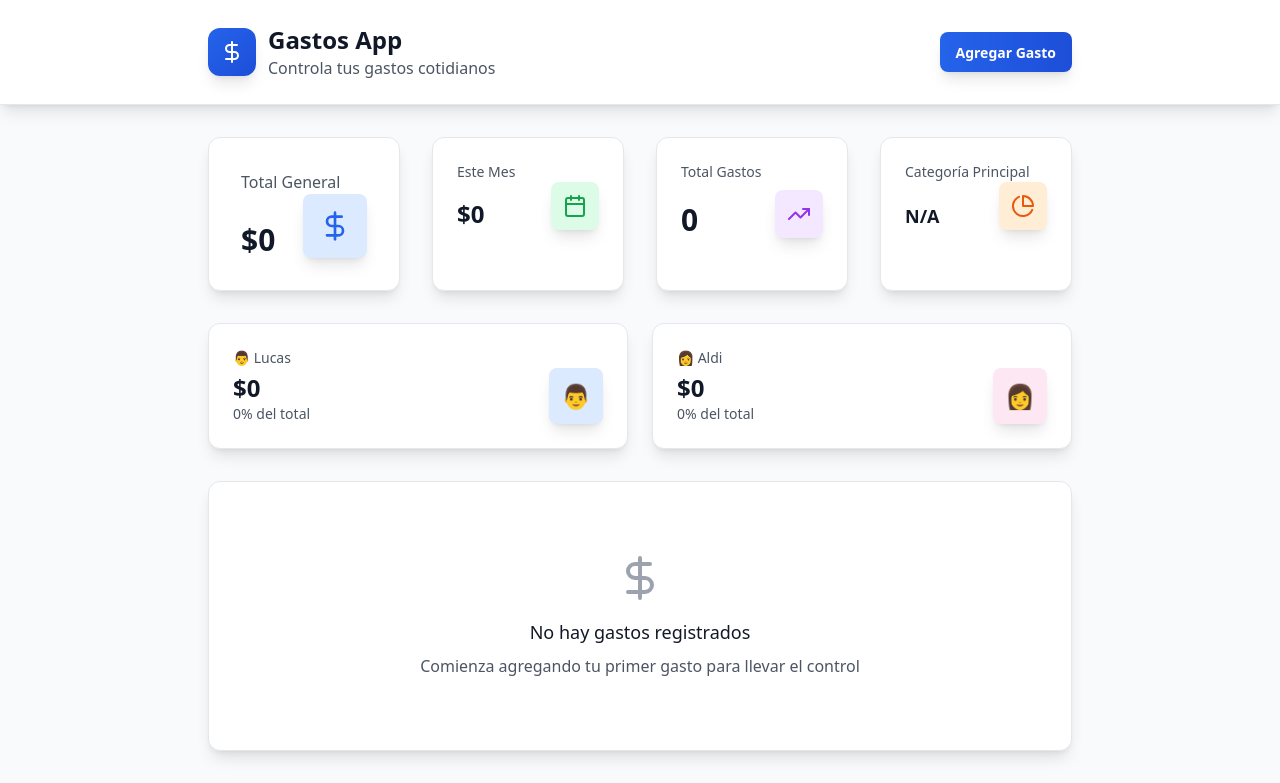
Repository: lucastenaglia/Gastosapp
Page: /
These files come from the project's save history. The page is drawn as it stood at one moment and after the next save; the edit follows.
The browser window is 1280 px wide. The pictures show the whole page.
The page's requests for data from a server got no answer. The project was rebuilt for these pictures with package versions that can differ from the ones it lists, and the page was loaded fresh each time. No one was signed in, and anything a server would have sent is missing. Also part of the build but not shown: vite.config.js, src/components/ExpenseForm.jsx.

Above is the page before, as saved 2025-08-03 21:43:52.

### index.html
<!DOCTYPE html>
<html lang="es">
  <head>
    <meta charset="UTF-8" />
    <link rel="icon" type="image/svg+xml" href="data:[embedded picture, 125 characters]" />
    <meta name="viewport" content="width=device-width, initial-scale=1.0" />
    <title>Gastos App - Control de Gastos Cotidianos</title>
  </head>
  <body>
    <div id="root"></div>
    <script type="module" src="/src/main.jsx"></script>
  </body>
</html>

### src/App.jsx
import { useState, useEffect } from 'react'
import Header from './components/Header'
import ExpenseForm from './components/ExpenseForm'
import ExpenseList from './components/ExpenseList'
import ExpenseSummary from './components/ExpenseSummary'
import { getExpenses, addExpense, updateExpense, deleteExpense } from './services/expenseService'

function App() {
  const [expenses, setExpenses] = useState([])
  const [isFormOpen, setIsFormOpen] = useState(false)
  const [loading, setLoading] = useState(true)
  const [error, setError] = useState(null)

  // Cargar gastos al iniciar la aplicación
  useEffect(() => {
    loadExpenses()
  }, [])

  // Cerrar modal con Escape
  useEffect(() => {
    const handleEscape = (e) => {
      if (e.key === 'Escape' && isFormOpen) {
        setIsFormOpen(false)
      }
    }

    document.addEventListener('keydown', handleEscape)
    return () => document.removeEventListener('keydown', handleEscape)
  }, [isFormOpen])

  const loadExpenses = async () => {
    try {
      setLoading(true)
      const data = await getExpenses()
      setExpenses(data)
      setError(null)
    } catch (err) {
      setError('Error al cargar los gastos')
      console.error(err)
    } finally {
      setLoading(false)
    }
  }

  const handleAddExpense = async (expense) => {
    try {
      const newExpense = await addExpense(expense)
      setExpenses([newExpense, ...expenses])
      setIsFormOpen(false)
    } catch (err) {
      setError('Error al agregar el gasto')
      console.error(err)
    }
  }

  const handleDeleteExpense = async (id) => {
    try {
      await deleteExpense(id)
      setExpenses(expenses.filter(expense => expense.id !== id))
    } catch (err) {
      setError('Error al eliminar el gasto')
      console.error(err)
    }
  }

  const handleEditExpense = async (id, updatedExpense) => {
    try {
      const updated = await updateExpense(id, updatedExpense)
      setExpenses(expenses.map(expense =>
        expense.id === id ? updated : expense
      ))
    } catch (err) {
      setError('Error al actualizar el gasto')
      console.error(err)
    }
  }

  return (
    <div className="min-h-screen bg-gray-50">
      <Header onAddExpense={() => setIsFormOpen(true)} />

      <main className="container mx-auto px-4 py-8 max-w-4xl">
        {error && (
          <div className="bg-red-100 border border-red-400 text-red-700 px-4 py-3 rounded mb-6">
            {error}
          </div>
        )}

        <ExpenseSummary expenses={expenses} />

        <div className="mt-8">
          <ExpenseList
            expenses={expenses}
            onDelete={handleDeleteExpense}
            onEdit={handleEditExpense}
            loading={loading}
          />
        </div>
      </main>

      {/* Modal Overlay */}
      {isFormOpen && (
        <div
          className="fixed inset-0 bg-black bg-opacity-50 flex items-center justify-center z-50 p-4 animate-in fade-in duration-200"
          onClick={() => setIsFormOpen(false)}
        >
          <div
            className="bg-white rounded-xl shadow-2xl max-w-md w-full mx-4 max-h-[90vh] overflow-y-auto animate-in zoom-in-95 duration-200"
            onClick={(e) => e.stopPropagation()}
          >
            <ExpenseForm
              onSubmit={handleAddExpense}
              onCancel={() => setIsFormOpen(false)}
            />
          </div>
        </div>
      )}
    </div>
  )
}

export default App

### src/index.css
@tailwind base;
@tailwind components;
@tailwind utilities;

@layer base {
  body {
    @apply bg-gray-50 text-gray-900;
  }
}

@layer components {
                .btn-primary {
                @apply bg-primary-600 hover:bg-primary-700 text-white font-medium py-2 px-4 rounded-lg transition-all duration-300 shadow-md hover:shadow-lg hover:-translate-y-0.5 transform;
              }

              .btn-secondary {
                @apply bg-gray-200 hover:bg-gray-300 text-gray-800 font-medium py-2 px-4 rounded-lg transition-all duration-300 shadow-md hover:shadow-lg hover:-translate-y-0.5 transform;
              }

                .input-field {
                @apply w-full px-3 py-2 border border-gray-300 rounded-lg focus:outline-none focus:ring-2 focus:ring-primary-500 focus:border-transparent shadow-sm focus:shadow-md transition-all duration-300;
              }

                            .card {
                @apply bg-white rounded-xl shadow-lg border border-gray-200 p-6 transform transition-all duration-300 hover:shadow-2xl hover:-translate-y-1;
              }

              .modal-enter {
                @apply opacity-0 scale-95;
              }

              .modal-enter-active {
                @apply opacity-100 scale-100 transition-all duration-200 ease-out;
              }

              .modal-exit {
                @apply opacity-100 scale-100;
              }

              .modal-exit-active {
                @apply opacity-0 scale-95 transition-all duration-200 ease-in;
              }
}

### src/components/Header.jsx
import { Plus, DollarSign } from 'lucide-react'

const Header = ({ onAddExpense }) => {
  return (
    <header className="bg-white shadow-lg border-b border-gray-200">
      <div className="container mx-auto px-4 py-6 max-w-4xl">
        <div className="flex items-center justify-between">
          <div className="flex items-center space-x-3">
            <div className="bg-gradient-to-br from-primary-600 to-primary-700 p-3 rounded-xl shadow-lg">
              <DollarSign className="h-6 w-6 text-white" />
            </div>
            <div>
              <h1 className="text-2xl font-bold text-gray-900">Gastos App</h1>
              <p className="text-gray-600">Controla tus gastos cotidianos</p>
            </div>
          </div>

          <button
            onClick={onAddExpense}
            className="bg-gradient-to-r from-primary-600 to-primary-700 active:from-primary-800 active:to-primary-900 text-white font-semibold py-2 px-4 rounded-lg shadow-lg hover:shadow-xl active:shadow-md active:translate-y-0.5 transition-all duration-200 border-0 focus:outline-none focus:ring-2 focus:ring-primary-300"
          >
            <span className="text-sm">Agregar Gasto</span>
          </button>
        </div>
      </div>
    </header>
  )
}

export default Header

### src/components/ExpenseList.jsx
import { useState } from 'react'
import { Trash2, Edit, Calendar, DollarSign } from 'lucide-react'

const ExpenseList = ({ expenses, onDelete, onEdit, loading }) => {
  const [editingId, setEditingId] = useState(null)
  const [editForm, setEditForm] = useState({})

  const categoryIcons = {
    comida: '🍽️',
    super: '🛒',
    auto: '🚗',
    entretenimiento: '🎮',
    salud: '💊',
    ropa: '👕',
    hogar: '🏠',
    otros: '📦'
  }

  const categoryColors = {
    comida: 'bg-orange-100 text-orange-800',
    super: 'bg-red-100 text-red-800',
    auto: 'bg-blue-100 text-blue-800',
    entretenimiento: 'bg-purple-100 text-purple-800',
    salud: 'bg-green-100 text-green-800',
    ropa: 'bg-pink-100 text-pink-800',
    hogar: 'bg-yellow-100 text-yellow-800',
    otros: 'bg-gray-100 text-gray-800'
  }

  const handleEdit = (expense) => {
    setEditingId(expense.id)
    setEditForm({
      description: expense.description,
      amount: expense.amount.toString(),
      category: expense.category,
      person: expense.person || 'lucas',
      date: expense.date
    })
  }

  const handleSaveEdit = (id) => {
    onEdit(id, {
      ...editForm,
      amount: parseFloat(editForm.amount)
    })
    setEditingId(null)
    setEditForm({})
  }

  const handleCancelEdit = () => {
    setEditingId(null)
    setEditForm({})
  }

  const formatDate = (dateString) => {
    const date = new Date(dateString)
    return date.toLocaleDateString('es-ES', {
      year: 'numeric',
      month: 'short',
      day: 'numeric'
    })
  }

  if (loading) {
    return (
      <div className="card">
        <div className="text-center py-12">
          <div className="animate-spin rounded-full h-12 w-12 border-b-2 border-primary-600 mx-auto mb-4"></div>
          <h3 className="text-lg font-medium text-gray-900 mb-2">
            Cargando gastos...
          </h3>
          <p className="text-gray-600">
            Conectando con la base de datos
          </p>
        </div>
      </div>
    )
  }

  if (expenses.length === 0) {
    return (
      <div className="card">
        <div className="text-center py-12">
          <DollarSign className="h-12 w-12 text-gray-400 mx-auto mb-4" />
          <h3 className="text-lg font-medium text-gray-900 mb-2">
            No hay gastos registrados
          </h3>
          <p className="text-gray-600">
            Comienza agregando tu primer gasto para llevar el control
          </p>
        </div>
      </div>
    )
  }

  return (
    <div className="card">
      <h2 className="text-xl font-semibold text-gray-900 mb-6">
        Historial de Gastos
      </h2>

      <div className="space-y-3">
        {expenses.map(expense => (
          <div key={expense.id} className="border border-gray-200 rounded-lg p-3 sm:p-4 bg-white shadow-md hover:shadow-xl hover:-translate-y-1 transform transition-all duration-300">
            {editingId === expense.id ? (
              <div className="space-y-3">
                <input
                  type="text"
                  value={editForm.description}
                  onChange={(e) => setEditForm({...editForm, description: e.target.value})}
                  className="input-field"
                />
                <div className="grid grid-cols-1 sm:grid-cols-2 gap-3">
                  <input
                    type="number"
                    value={editForm.amount}
                    onChange={(e) => setEditForm({...editForm, amount: e.target.value})}
                    className="input-field"
                    step="1"
                    min="0"
                  />
                  <select
                    value={editForm.category}
                    onChange={(e) => setEditForm({...editForm, category: e.target.value})}
                    className="input-field"
                  >
                    <option value="comida">🍽️ Comida</option>
                    <option value="super">🛒 Super</option>
                    <option value="auto">🚗 Auto</option>
                    <option value="entretenimiento">🎮 Entretenimiento</option>
                    <option value="salud">💊 Salud</option>
                    <option value="ropa">👕 Ropa</option>
                    <option value="hogar">🏠 Hogar</option>
                    <option value="otros">📦 Otros</option>
                  </select>
                </div>
                <div className="grid grid-cols-1 sm:grid-cols-2 gap-3">
                  <select
                    value={editForm.person}
                    onChange={(e) => setEditForm({...editForm, person: e.target.value})}
                    className="input-field"
                  >
                    <option value="lucas">👨 Lucas</option>
                    <option value="aldi">👩 Aldi</option>
                  </select>
                  <input
                    type="date"
                    value={editForm.date}
                    onChange={(e) => setEditForm({...editForm, date: e.target.value})}
                    className="input-field"
                  />
                </div>
                <div className="flex space-x-2">
                  <button
                    onClick={() => handleSaveEdit(expense.id)}
                    className="btn-primary text-sm flex-1"
                  >
                    Guardar
                  </button>
                  <button
                    onClick={handleCancelEdit}
                    className="btn-secondary text-sm flex-1"
                  >
                    Cancelar
                  </button>
                </div>
              </div>
            ) : (
              <div className="space-y-3">
                {/* Header con icono, descripción y monto */}
                <div className="flex items-start justify-between">
                  <div className="flex items-center space-x-3 flex-1 min-w-0">
                    <div className={`p-2 rounded-lg flex-shrink-0 ${categoryColors[expense.category]}`}>
                      <span className="text-lg">{categoryIcons[expense.category]}</span>
                    </div>

                    <div className="flex-1 min-w-0">
                      <h3 className="font-medium text-gray-900 truncate">
                        {expense.description}
                      </h3>
                      <div className="flex items-center space-x-2 text-sm text-gray-600 mt-1">
                        <span className="flex items-center space-x-1">
                          <Calendar className="h-3 w-3" />
                          <span className="hidden sm:inline">{formatDate(expense.date)}</span>
                          <span className="sm:hidden">{new Date(expense.date).toLocaleDateString('es-ES', { day: '2-digit', month: '2-digit' })}</span>
                        </span>
                        <span className="hidden sm:inline">•</span>
                        <span className="capitalize text-xs sm:text-sm">{expense.category}</span>
                      </div>
                    </div>
                  </div>

                  <div className="flex items-center space-x-2 flex-shrink-0">
                    <span className="text-lg font-semibold text-gray-900">
                      ${expense.amount}
                    </span>

                    <div className="flex space-x-1">
                      <button
                        onClick={() => handleEdit(expense)}
                        className="p-1 text-gray-400 hover:text-blue-600 transition-colors"
                        title="Editar"
                      >
                        <Edit className="h-4 w-4" />
                      </button>
                      <button
                        onClick={() => onDelete(expense.id)}
                        className="p-1 text-gray-400 hover:text-red-600 transition-colors"
                        title="Eliminar"
                      >
                        <Trash2 className="h-4 w-4" />
                      </button>
                    </div>
                  </div>
                </div>

                {/* Información adicional en móvil */}
                <div className="sm:hidden flex items-center justify-between text-sm text-gray-600 border-t pt-2">
                  <span className="flex items-center space-x-1">
                    <span>{expense.person === 'lucas' ? '👨' : '👩'}</span>
                    <span className="capitalize">{expense.person || 'lucas'}</span>
                  </span>
                  <span className="text-xs">
                    {new Date(expense.date).toLocaleDateString('es-ES', { year: 'numeric' })}
                  </span>
                </div>
              </div>
            )}
          </div>
        ))}
      </div>
    </div>
  )
}

export default ExpenseList

### src/components/ExpenseSummary.jsx
import { TrendingUp, Calendar, DollarSign, PieChart } from 'lucide-react'

const ExpenseSummary = ({ expenses }) => {
  const totalExpenses = expenses.reduce((sum, expense) => sum + expense.amount, 0)

  const today = new Date()
  const thisMonth = today.getMonth()
  const thisYear = today.getFullYear()

  const monthlyExpenses = expenses.filter(expense => {
    const expenseDate = new Date(expense.date)
    return expenseDate.getMonth() === thisMonth && expenseDate.getFullYear() === thisYear
  })

  const monthlyTotal = monthlyExpenses.reduce((sum, expense) => sum + expense.amount, 0)

  const categoryTotals = expenses.reduce((acc, expense) => {
    acc[expense.category] = (acc[expense.category] || 0) + expense.amount
    return acc
  }, {})

  const topCategory = Object.entries(categoryTotals).sort(([,a], [,b]) => b - a)[0]

  // Estadísticas por persona
  const personTotals = expenses.reduce((acc, expense) => {
    const person = expense.person || 'lucas'
    acc[person] = (acc[person] || 0) + expense.amount
    return acc
  }, {})

  const lucasTotal = personTotals.lucas || 0
  const aldiTotal = personTotals.aldi || 0

  const formatCurrency = (amount) => {
    return `$${Math.round(amount).toLocaleString('en-US')}`
  }

  return (
    <div className="space-y-4 sm:space-y-8">
      {/* Primera fila - Estadísticas generales */}
      <div className="grid grid-cols-2 lg:grid-cols-4 gap-3 sm:gap-6 lg:gap-8">
                 {/* Total General */}
         <div className="card relative p-4 sm:p-6 lg:p-8">
           <div>
             <p className="text-xs sm:text-sm lg:text-base font-medium text-gray-600">Total General</p>
             <div className="flex items-end justify-between">
               <p className="text-lg sm:text-2xl lg:text-3xl font-bold text-gray-900">
                 {formatCurrency(totalExpenses)}
               </p>
               <div className="bg-blue-100 p-2 sm:p-3 lg:p-4 rounded-lg shadow-lg">
                 <DollarSign className="h-4 w-4 sm:h-6 sm:w-6 lg:h-8 lg:w-8 text-blue-600" />
               </div>
             </div>
           </div>
         </div>

                 {/* Gastos del Mes */}
         <div className="card relative p-4 sm:p-6">
           <div>
             <p className="text-xs sm:text-sm font-medium text-gray-600">Este Mes</p>
             <div className="flex items-end justify-between">
               <p className="text-lg sm:text-2xl font-bold text-gray-900">
                 {formatCurrency(monthlyTotal)}
               </p>
               <div className="bg-green-100 p-2 sm:p-3 rounded-lg shadow-lg">
                 <Calendar className="h-4 w-4 sm:h-6 sm:w-6 text-green-600" />
               </div>
             </div>
           </div>
         </div>

                 {/* Total de Gastos */}
         <div className="card relative p-4 sm:p-6">
           <div>
             <p className="text-xs sm:text-sm font-medium text-gray-600">Total Gastos</p>
             <div className="flex items-end justify-between mt-2">
               <p className="text-2xl sm:text-3xl font-bold text-gray-900">
                 {expenses.length}
               </p>
               <div className="bg-purple-100 p-2 sm:p-3 rounded-lg shadow-lg self-end">
                 <TrendingUp className="h-4 w-4 sm:h-6 sm:w-6 text-purple-600" />
               </div>
             </div>
           </div>
         </div>

                 {/* Categoría Principal */}
         <div className="card relative p-4 sm:p-6">
           <div>
             <p className="text-xs sm:text-sm font-medium text-gray-600">Categoría Principal</p>
             <div className="flex items-end justify-between">
               <div>
                 <p className="text-base sm:text-lg font-semibold text-gray-900 capitalize">
                   {topCategory ? topCategory[0] : 'N/A'}
                 </p>
                 {topCategory && (
                   <p className="text-xs sm:text-sm text-gray-600">
                     {formatCurrency(topCategory[1])}
                   </p>
                 )}
               </div>
               <div className="bg-orange-100 p-2 sm:p-3 rounded-lg shadow-lg">
                 <PieChart className="h-4 w-4 sm:h-6 sm:w-6 text-orange-600" />
               </div>
             </div>
           </div>
         </div>
      </div>

      {/* Segunda fila - Estadísticas por persona */}
      <div className="grid grid-cols-1 sm:grid-cols-2 gap-3 sm:gap-6">
                 {/* Gastos de Lucas */}
         <div className="card relative p-4 sm:p-6">
           <div>
             <p className="text-xs sm:text-sm font-medium text-gray-600">👨 Lucas</p>
             <div className="flex items-end justify-between">
               <div>
                 <p className="text-lg sm:text-2xl font-bold text-gray-900">
                   {formatCurrency(lucasTotal)}
                 </p>
                 <p className="text-xs sm:text-sm text-gray-600">
                   {totalExpenses > 0 ? `${((lucasTotal / totalExpenses) * 100).toFixed(1)}%` : '0%'} del total
                 </p>
               </div>
               <div className="bg-blue-100 p-2 sm:p-3 rounded-lg shadow-lg">
                 <span className="text-lg sm:text-2xl">👨</span>
               </div>
             </div>
           </div>
         </div>

                 {/* Gastos de Aldi */}
         <div className="card relative p-4 sm:p-6">
           <div>
             <p className="text-xs sm:text-sm font-medium text-gray-600">👩 Aldi</p>
             <div className="flex items-end justify-between">
               <div>
                 <p className="text-lg sm:text-2xl font-bold text-gray-900">
                   {formatCurrency(aldiTotal)}
                 </p>
                 <p className="text-xs sm:text-sm text-gray-600">
                   {totalExpenses > 0 ? `${((aldiTotal / totalExpenses) * 100).toFixed(1)}%` : '0%'} del total
                 </p>
               </div>
               <div className="bg-pink-100 p-2 sm:p-3 rounded-lg shadow-lg">
                 <span className="text-lg sm:text-2xl">👩</span>
               </div>
             </div>
           </div>
         </div>
      </div>
    </div>
  )
}

export default ExpenseSummary

### src/lib/supabase.js
import { createClient } from '@supabase/supabase-js'

// Configuración de Supabase
const supabaseUrl = 'https://tiarifmkqcayodakifqu.supabase.co'
const supabaseAnonKey = 'eyJhbGciOiJIUzI1NiIsInR5cCI6IkpXVCJ9.eyJpc3MiOiJzdXBhYmFzZSIsInJlZiI6InRpYXJpZm1rcWNheW9kYWtpZnF1Iiwicm9sZSI6ImFub24iLCJpYXQiOjE3NTQyMzYxMzcsImV4cCI6MjA2OTgxMjEzN30.qJr6Xvo0UF5_XPq4UWidASjwgjcWPFJ8CqR6mAHSsTU'

export const supabase = createClient(supabaseUrl, supabaseAnonKey)

### tailwind.config.js
/** @type {import('tailwindcss').Config} */
export default {
  content: [
    "./index.html",
    "./src/**/*.{js,ts,jsx,tsx}",
  ],
  theme: {
    extend: {
      colors: {
        primary: {
          50: '#eff6ff',
          500: '#3b82f6',
          600: '#2563eb',
          700: '#1d4ed8',
        }
      }
    },
  },
  plugins: [],
}

Loaded but not shown: src/main.jsx (common file); src/services/expenseService.js (78 lines, source omitted)

After the next save:
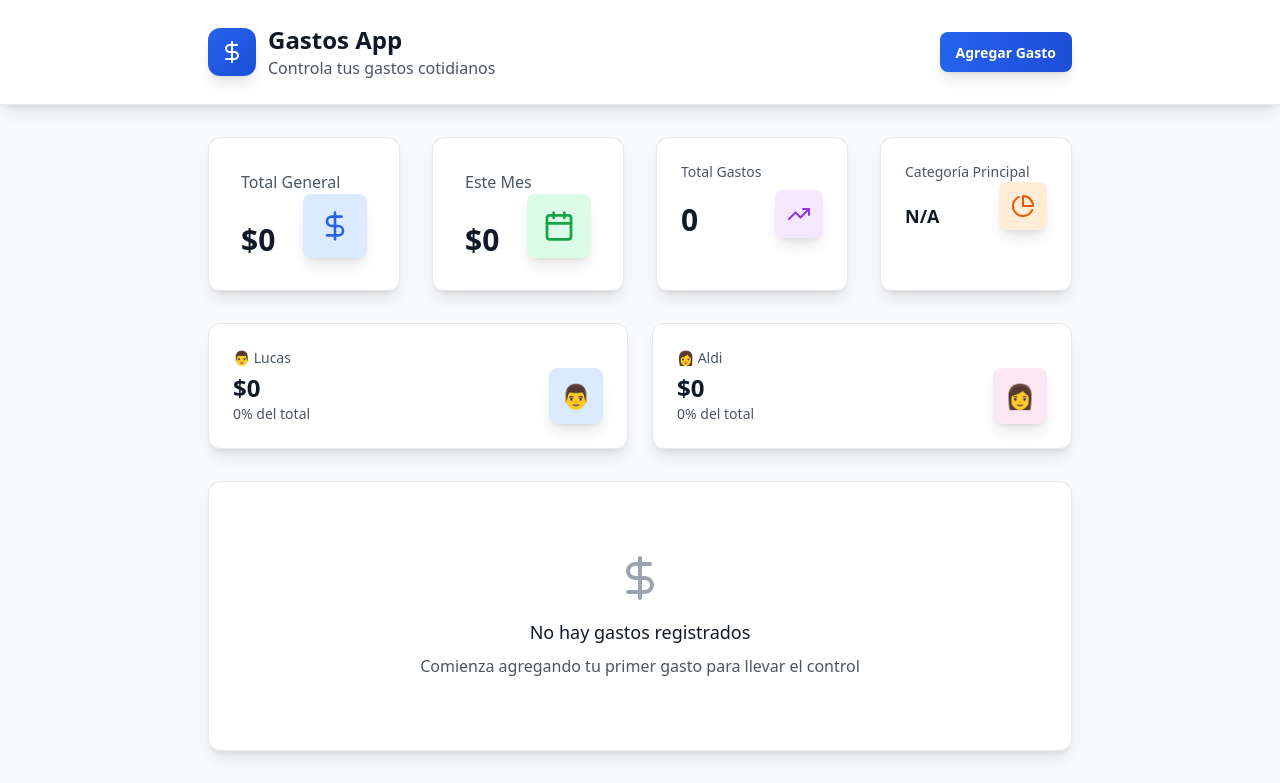
Saved 10 s later.
--- a/src/components/ExpenseSummary.jsx
+++ b/src/components/ExpenseSummary.jsx
@@ -55,15 +55,15 @@ const ExpenseSummary = ({ expenses }) => {
          </div>
 
                  {/* Gastos del Mes */}
-         <div className="card relative p-4 sm:p-6">
+         <div className="card relative p-4 sm:p-6 lg:p-8">
            <div>
-             <p className="text-xs sm:text-sm font-medium text-gray-600">Este Mes</p>
+             <p className="text-xs sm:text-sm lg:text-base font-medium text-gray-600">Este Mes</p>
              <div className="flex items-end justify-between">
-               <p className="text-lg sm:text-2xl font-bold text-gray-900">
+               <p className="text-lg sm:text-2xl lg:text-3xl font-bold text-gray-900">
                  {formatCurrency(monthlyTotal)}
                </p>
-               <div className="bg-green-100 p-2 sm:p-3 rounded-lg shadow-lg">
-                 <Calendar className="h-4 w-4 sm:h-6 sm:w-6 text-green-600" />
+               <div className="bg-green-100 p-2 sm:p-3 lg:p-4 rounded-lg shadow-lg">
+                 <Calendar className="h-4 w-4 sm:h-6 sm:w-6 lg:h-8 lg:w-8 text-green-600" />
                </div>
              </div>
            </div>
